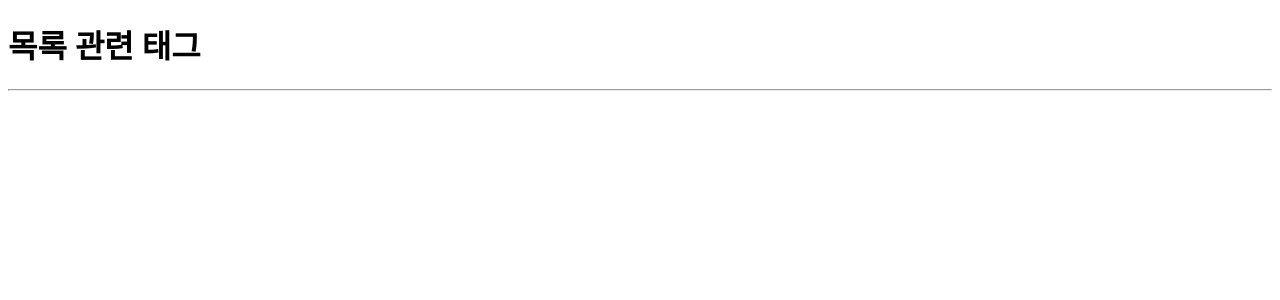
Repository: yhj4130/WebStudy
Page: WebApp01/WebContent/Test002.html
The author's editor kept a copy of each file at every save. The page is drawn from the files as they stood at one save, then again after the next save.
The browser window is 1280 px wide. The pictures show the whole page.

Above is the page before, as saved 2019-04-29 07:16:19.

After the next save:
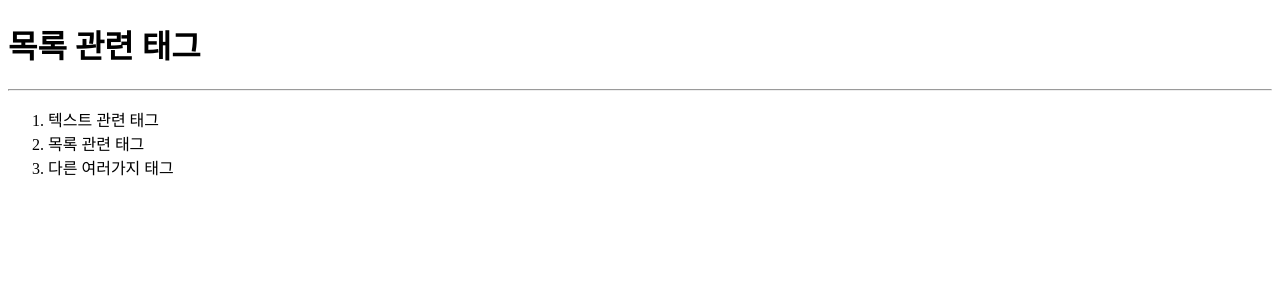
Saved 57 s later.
--- a/WebApp01/WebContent/Test002.html
+++ b/WebApp01/WebContent/Test002.html
@@ -11,6 +11,13 @@
 	<hr>
 </div>
 
+<div>
+	<ol>
+		<li>텍스트 관련 태그</li>
+		<li>목록 관련 태그</li>
+		<li>다른 여러가지 태그</li>
+	</ol>
+</div>
 
 </body>
 </html>
